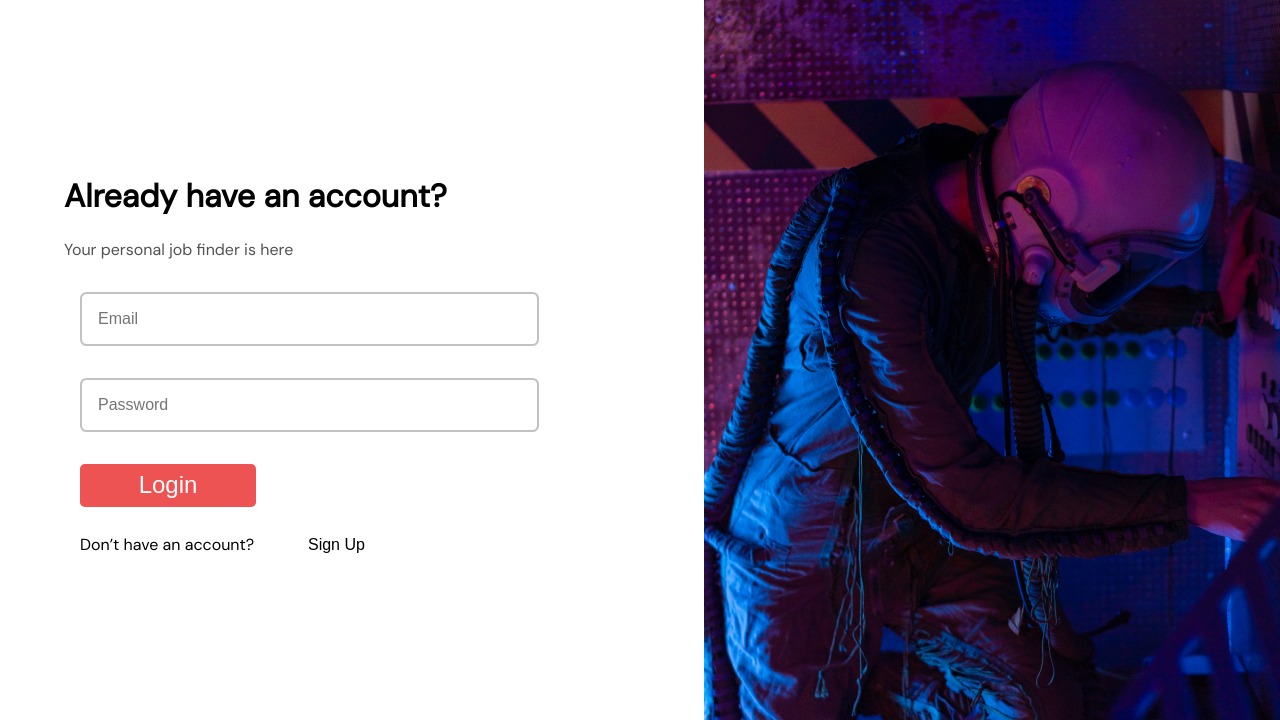
Repository: drumsmanku/node-capstone-project-1
Page: /login (app in client/)
An editor plug-in stored every save of this project. The page is shown before and after the next save, followed by the edit.
The browser window is 1280 px wide. The pictures show the whole page.
The project was rebuilt for these pictures with package versions that can differ from the ones it lists, and the page was loaded fresh each time. Also part of the build but not shown: client/src/components/Register.js, client/src/components/AddJob.js, client/src/components/Success.js, client/src/components/JobMainPage.js, client/src/components/EditJob.js, client/src/components/JobDetails.css, client/src/components/JobDetails.js, client/src/components/FailedLogin.js and 1 more.

Above is the page before, as saved 2023-07-23 19:14:01.

### client/src/App.js
import './App.css';
import Register from './components/Register';
import Login from './components/Login';
import AddJob from './components/AddJob';
import { BrowserRouter as Router, Route, Routes} from 'react-router-dom';
import Success from './components/Success';
import JobMainPage from './components/JobMainPage';
import EditJob from './components/EditJob';
import JobDetails from './components/JobDetails';
import FailedLogin from './components/FailedLogin';
import FailedRegister from './components/FailedRegister';

function App() {
  return (
    <div className="App">
      <Router>
        <Routes>
          <Route path='/' element={<JobMainPage/>}/>
          <Route path='/register' element={<Register />}/>
          <Route path='/add' element={<AddJob/>}/>
          <Route path='/login' element={<Login/>}/>
          <Route path='/main-job' element={<JobMainPage/>}/>
          <Route path='/edit-job/:id' element={<EditJob/>}/>
          <Route path="/job-det/:id" element={<JobDetails/>}/>
          <Route path='/success' element={<Success/>}/>
          <Route path='/failed-login' element={<FailedLogin/>}/>
          <Route path='/failed-signup' element={<FailedRegister/>}/>

        </Routes>
      </Router>

    </div>
  );
}

export default App;

### client/src/components/Login.js
import React, { useState } from 'react';
import { useNavigate } from 'react-router-dom';
import axios from 'axios';
import './Login.css';
import img1 from '../Assets/img1.png';

function Login() {
  const navigate = useNavigate();
  const [user, setUser] = useState({
    email: '',
    password: ''
  });

  const handleChange = e => {
    setUser({
      ...user,
      [e.target.name]: e.target.value
    });
  };

  const login = (event) => {
    event.preventDefault();
    axios.post('https://job-new-portal.onrender.com/login', user)
      .then(res => {
        localStorage.setItem('token', res.data.jwtToken);
        localStorage.setItem('user', res.data.name);
        const tokenData=localStorage.getItem('token')
        if(tokenData!=='undefined') {
          navigate('/main-job')
        }
        else{
          navigate('/failed-login')
        }


      })
      .catch(err => console.log(err));
  };

  return (
    <div className='login-container'>

      <div className='login-left-container'>
        <div style={{marginLeft:'4rem'}}>
          <h1 style={{}}>Already have an account?</h1>
          <p style={{fontWeight:500,  color:'#525252', marginBottom:'2rem', marginTop:0}}>Your personal job finder is here</p>
        </div>

        <form>
          <div style={{marginLeft:'5rem'}}>
          <input type="email" name="email" value={user.email} onChange={handleChange} placeholder="Email" />
          <input type="password" name="password" value={user.password} onChange={handleChange} placeholder="Password" />

          </div>
          <button type='submit' style={{cursor:'pointer'}} onClick={login} >Login</button>
          <span style={{marginLeft:'5rem'}}>Don’t have an account? <button style={{background:'none', color:'black', fontSize:'medium', margin:0, padding:0}} onClick={()=>{navigate('/register')}}>Sign Up</button></span>
        </form>
      </div>
      <div className='login-right-container' style={{backgroundImage:`url(${img1})`}}></div>

    </div>
  );
}

export default Login;

### client/src/components/Register.css
@import url('https://fonts.googleapis.com/css2?family=DM+Sans&display=swap');

body{
  font-family: 'DM Sans';
}

.reg-container{
  width:100vw;
  height: 100vh;
  display: flex;
}

.reg-left-container{
  width: 55%;
  display: flex;
  flex-direction: column;
  justify-content: center;
  font-family: 'DM Sans';
  color: black;

}
.reg-right-container{
  width: 45%;
  height: 100vh;
  background-size: 'cover';
  background-position:center;
  background-repeat: no-repeat;
}
.reg-container form{
  display: flex;
  flex-direction: column;
}
.reg-container input[type='text'], [type='password'], [type='email']{
  width: 70%;
  height: 3rem;
  border:2px solid #C2C2C2;
  border-radius: 0.4rem;
  padding-left: 1rem;
  font-size: 1rem;
  color: black;
  margin-bottom: 2rem;
}
.reg-container button{
  height: 2.7rem;
  width: 25%;
  font-size: x-large;
  background-color: #ED5353;
  border: none;
  border-radius: 0.3rem;
  margin-left: 5rem;
  margin-bottom: 1rem;
  color: white;
}
span a{
  color:black;
}

### client/src/components/Login.css
@import url('https://fonts.googleapis.com/css2?family=DM+Sans&display=swap');

body{
  font-family: 'DM Sans';
}

.login-container{
  width:100vw;
  height: 100vh;
  display: flex;
}
.login-left-container{
  width: 55%;
  display: flex;
  flex-direction: column;
  justify-content: center;
  font-family: 'DM Sans';
  color: black;

}

.login-right-container{
  width: 45%;
  height: 100vh;
  background-size: 'cover';
  background-position:center;
  background-repeat: no-repeat;
}

.login-container form{
  display: flex;
  flex-direction: column;
}
.login-container input [type='password'], [type='email']{
  width: 70%;
  height: 3rem;
  border:2px solid #C2C2C2;
  border-radius: 0.4rem;
  padding-left: 1rem;
  font-size: 1rem;
  color: black;
  margin-bottom: 2rem;
}

.login-container button{
  height: 2.7rem;
  width: 25%;
  font-size: x-large;
  background-color: #ED5353;
  border: none;
  border-radius: 0.3rem;
  margin-left: 5rem;
  margin-bottom: 1rem;
  color: white;
}
.btn-fail-sign{
  background:none;
  color: black;

}

### client/src/components/AddJob.css
@import url('https://fonts.googleapis.com/css2?family=DM+Sans&display=swap');

body{
  font-family: 'DM Sans';
}

.add-container{
  height: 100vh;
  width: 100vw;
  display: flex;
}

.add-left-container{
  width: 58%;

  display: flex;
  flex-direction: column;
  justify-content: center;
  align-items: center;
}
.add-right-container{
  width: 42%;
  background-size: 'cover';
  background-position:center;
  background-repeat: no-repeat;
}
.add-container input{
  border: 2px solid #C2C2C2;
  border-radius: 0.2rem;
  margin-bottom: 1rem;
  margin-left: 1rem;
  padding-left: 1rem;
}
.add-left-container form{
  width: 100%;
  display: flex;
  flex-direction: column;
  margin-left: 20%;
}
.btn-add-page-add{
  height: 2rem;
  width: 15%;
  font-size: medium;
  background-color: #ED5353;
  border: none;
  border-radius: 0.3rem;
  margin-left: 1rem;
  margin-bottom:0;
  color: white;
  cursor: pointer;
}
.btn-add-page-cancel{
  height: 2rem;
  width: 15%;
  font-size: medium;
  background-color: #FFFFFF;
  border: 1px solid #CECECE;
  color: #CECECE;
  border-radius: 0.3rem;
  cursor: pointer;
  margin-bottom: 0;

}

### client/src/components/JobMainPage.css
@import url('https://fonts.googleapis.com/css2?family=DM+Sans&display=swap');


.main-page-container{
  height: 100vh;
  width: 100vw;
  display: flex;
  flex-direction: column;
}


.main-upper-container{
  height: 20%;
  width: 100%;
  display: flex;
  background-size: 100%;
  background-position:center;
  background-repeat: no-repeat;
}
.main-lower-container{
  height: 80%;
  width: 100%;
  display: flex;
  flex-direction: column;
  align-items: center;
}
.btn-main-page-login{
  height: 2rem;
  width: 6rem;
  font-weight: 500;
  font-size: medium ;
  background-color: #ED5353;
  border: 2px solid white;
  border-radius: 0.3rem;
  margin-left: 1rem;
  margin-bottom:0;
  color: white;
  font-family: 'DM Sans';
  cursor: pointer;
}
.btn-main-page-register{
  height: 2rem;
  width: 6rem;
  font-size: medium;
  font-weight: 500;
  background-color: white;
  border: none;
  border-radius: 0.3rem;
  margin-left: 1rem;
  margin-bottom:0;
  color: #ED5353;
  font-family: 'DM Sans';
  cursor: pointer;
}

### client/src/components/EditJob.css
@import url('https://fonts.googleapis.com/css2?family=DM+Sans&display=swap');

body{
  font-family: 'DM Sans';
}

.edit-container{
  height: 100vh;
  width: 100vw;
  display: flex;
}

.edit-left-container{
  width: 58%;

  display: flex;
  flex-direction: column;
  justify-content: center;
  align-items: center;
}
.edit-right-container{
  width: 42%;
  background-size: 'cover';
  background-position:center;
  background-repeat: no-repeat;
}
.edit-container input{
  border: 2px solid #C2C2C2;
  border-radius: 0.2rem;
  margin-bottom: 1rem;
  margin-left: 1rem;
  padding-left: 1rem;
}
.edit-left-container form{
  width: 100%;
  display: flex;
  flex-direction: column;
  margin-left: 20%;
}
.btn-edit-page-edit{
  height: 2rem;
  width: 15%;
  font-size: medium;
  background-color: #ED5353;
  border: none;
  border-radius: 0.3rem;
  margin-left: 1rem;
  margin-bottom:0;
  color: white;
  cursor: pointer;
}
.btn-edit-page-cancel{
  height: 2rem;
  width: 15%;
  font-size: medium;
  background-color: #FFFFFF;
  border: 1px solid #CECECE;
  color: #CECECE;
  border-radius: 0.3rem;
  cursor: pointer;
  margin-bottom: 0;

}

Loaded but not shown: client/public/index.html (common file); client/src/index.js (common file); client/src/index.css (common file); client/src/App.css (no stored copy; drawn as an empty file)

After the next save:
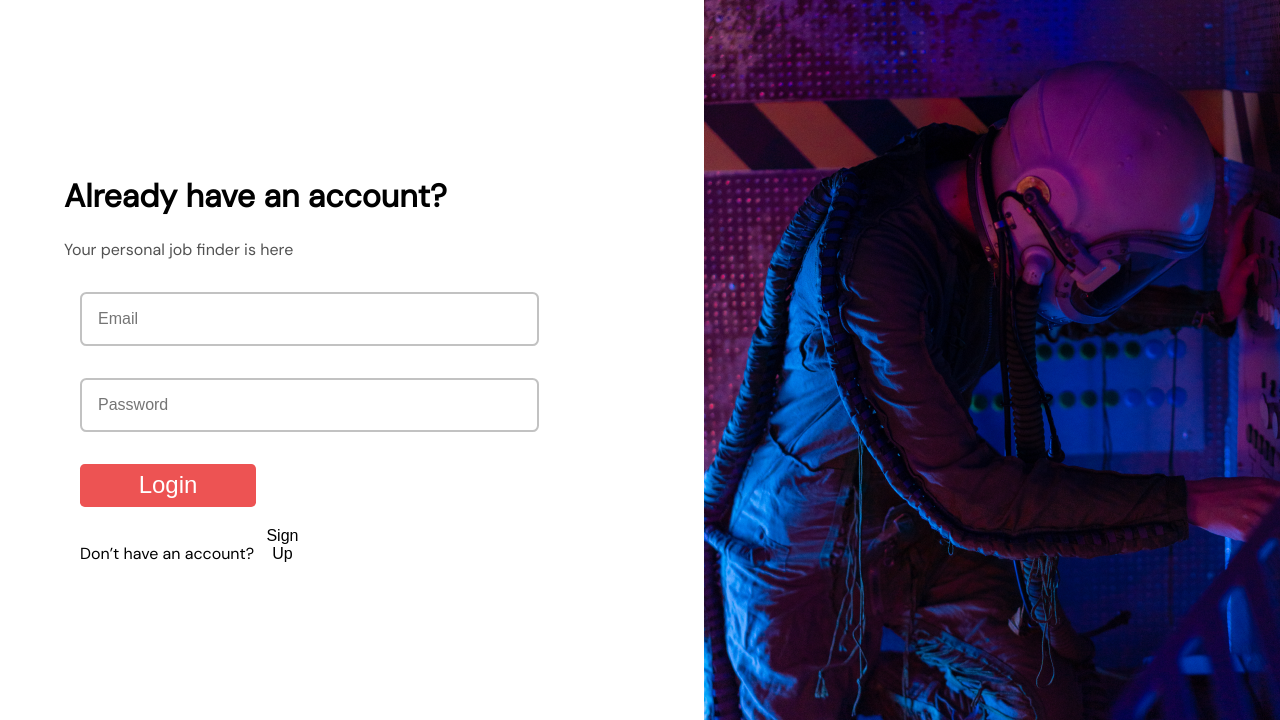
Saved 20 s later.
--- a/client/src/components/Login.js
+++ b/client/src/components/Login.js
@@ -53,7 +53,7 @@ function Login() {
 
           </div>
           <button type='submit' style={{cursor:'pointer'}} onClick={login} >Login</button>
-          <span style={{marginLeft:'5rem'}}>Don’t have an account? <button style={{background:'none', color:'black', fontSize:'medium', margin:0, padding:0}} onClick={()=>{navigate('/register')}}>Sign Up</button></span>
+          <span style={{marginLeft:'5rem'}}>Don’t have an account? <button style={{background:'none', color:'black', fontSize:'medium', margin:0, padding:0, width:'3rem'}} onClick={()=>{navigate('/register')}}>Sign Up</button></span>
         </form>
       </div>
       <div className='login-right-container' style={{backgroundImage:`url(${img1})`}}></div>
